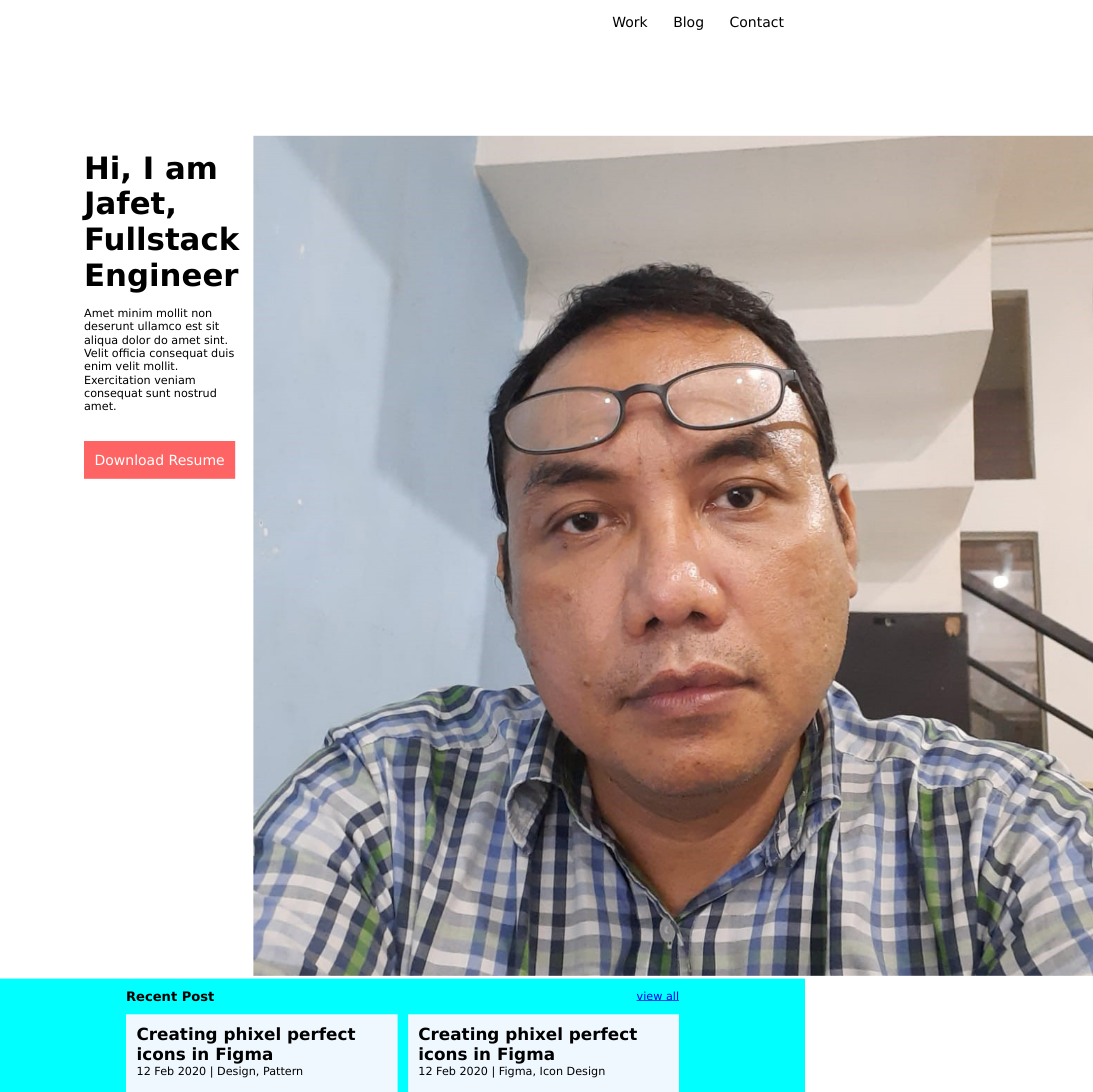
Repository: jafetdn73/portofolio
Page: index.html
An editor plug-in stored every save of this project. The page is shown before and after the next save, followed by the edit.
The browser window is 1280 px wide. The page is 1562 px wide, then 1522 px, then 1562 px, so the pictures cover 1562 px, including what lies to the right of the window. The pictures show the part of the page from y = 0 to 1560 px (the page is 2311 px tall before and 2418 px after), at 70% of full size.

Above is the page before, as saved 2022-02-23 10:28:54.

### index.html
<!DOCTYPE html>
<html lang="en">
<head>
    <meta charset="UTF-8">
    <meta http-equiv="X-UA-Compatible" content="IE=edge">
    <meta name="viewport" content="width=device-width, initial-scale=1.0">
    <link rel="stylesheet" href="figma.css">
    <title>Belajar HTML CSS</title>
</head>
<body>
    <div class="container">
        <!-- Start Menu Bar -->
        <div class="menu-bar">
            <ul>
                <li>
                    Work
                </li>
                <li>
                    Blog
                </li>
                <li>
                    Contact
                </li>
            </ul>
        </div>
        <!-- Starr Hero -->
        <div class="hero">
            <div class="hero-text">
                <h1>Hi, I am Jafet,<br/>
                    Fullstack Engineer
                </h1>
                <p>
                    Amet minim mollit non deserunt ullamco est sit aliqua dolor do amet sint. Velit officia consequat duis enim velit mollit. Exercitation veniam consequat sunt nostrud amet.
                </p>
                <button>Download Resume</button>
            </div>
            <div class="hero-image">
                <img src="jafet.png"/>
            </div>
        </div>
        <!-- Start Post -->
        <div class="post">
            <div class="post-navi">
                <h3>Recent Post</h3>
                <a href="http://detik.com">view all</a>
            </div>
            <div class="post-content">
                <div class="post-content-detail">
                    <h2>Creating phixel perfect icons in Figma</h2>
                    <label>12 Feb 2020</label>
                    <label>|</label>
                    <label>Design, Pattern</label>
                    <p>
                        Amet minim mollit non deserunt ullamco est sit aliqua dolor do amet sint. Velit officia consequat duis enim velit mollit. Exercitation veniam consequat sunt nostrud amet.
                    </p>
                </div>
                <div class="post-content-detail">
                    <h2>Creating phixel perfect icons in Figma</h2>
                    <label>12 Feb 2020</label>
                    <label>|</label>
                    <label>Figma, Icon Design</label>
                    <p>
                        Amet minim mollit non deserunt ullamco est sit aliqua dolor do amet sint. Velit officia consequat duis enim velit mollit. Exercitation veniam consequat sunt nostrud amet.
                    </p>
                </div>
            </div>
        </div>
        <!-- Start Featured -->
        <div class="featured">
            <h3>Featured Works</h3>
            <div class="featured-detail">
                <div class="featured-image">
                    <img src="Rectangle 30.png"/>
                </div>
                <div class="featured-text">
                    <h2>Designing Dashboards</h2>
                    <label>2020</label>
                    <label>Dashbord</label>
                    <p>
                        Amet minim mollit non deserunt ullamco est sit aliqua dolor do amet sint. Velit officia consequat duis enim velit mollit. Exercitation veniam consequat sunt nostrud amet
                    </p>
                </div>
            </div>
            <div class="featured-detail">
                <div class="featured-image">
                    <img src="Rectangle 32.png"/>
                </div>
                <div class="featured-text">
                    <h2>Designing Dashboards</h2>
                    <label>2020</label>
                    <label>Dashbord</label>
                    <p>
                        Amet minim mollit non deserunt ullamco est sit aliqua dolor do amet sint. Velit officia consequat duis enim velit mollit. Exercitation veniam consequat sunt nostrud amet
                    </p>
                </div>
            </div>
            <div class="featured-detail">
                <div class="featured-image">
                    <img src="Rectangle 34.png"/>
                </div>
                <div class="featured-text">
                    <h2>Designing Dashboards</h2>
                    <label>2020</label>
                    <label>Dashbord</label>
                    <p>
                        Amet minim mollit non deserunt ullamco est sit aliqua dolor do amet sint. Velit officia consequat duis enim velit mollit. Exercitation veniam consequat sunt nostrud amet
                    </p>
                </div>
            </div>
        </div>
    </div>
</body>
</html>

### figma.css
* {
    margin: 0;
    font-family:Verdana, Geneva, Tahoma, sans-serif;
}

.container {
    width: 1150px;
}

.menu-bar {
    display: flex;
    justify-content: flex-end;
    margin-top: 20px;
}

.menu-bar ul li {
    display: inline;
    margin-right: 30px;
    font-size: 20px;
}

/* Start Hero */
.hero {
    display: flex;
    justify-content: space-around;
    margin-top: 150px;
    padding: 0 100px;
}

.hero-text {
    width: 450px;
}

.hero-text h1 {
    font-size: 44px;
    font-weight: 400px;
}

.hero-text p {
    font-size: 16px;
}

.hero-text h1, p, button
{
    margin: 20px;
}

.hero-text button {
    background-color: #FF6464;
    border-style: none;
    padding: 15px;
    font-size: 20px;
    color: white;
}

/* Start Post */
.post {
    background-color:aqua;
    padding:15px 180px;
}

.post-navi {
    display :flex;
    justify-content:space-between ;
}

.post-content {
    display: flex;
    margin-top: 15px;
    gap:15px;
}

.post-content-detail {
    background-color: aliceblue;
    padding:15px;
}

/* Start Featured */
.featured {
    margin : 15px 180px;
    gap:15px;
}

.featured-detail {
    display:flex;
}

After the next save:
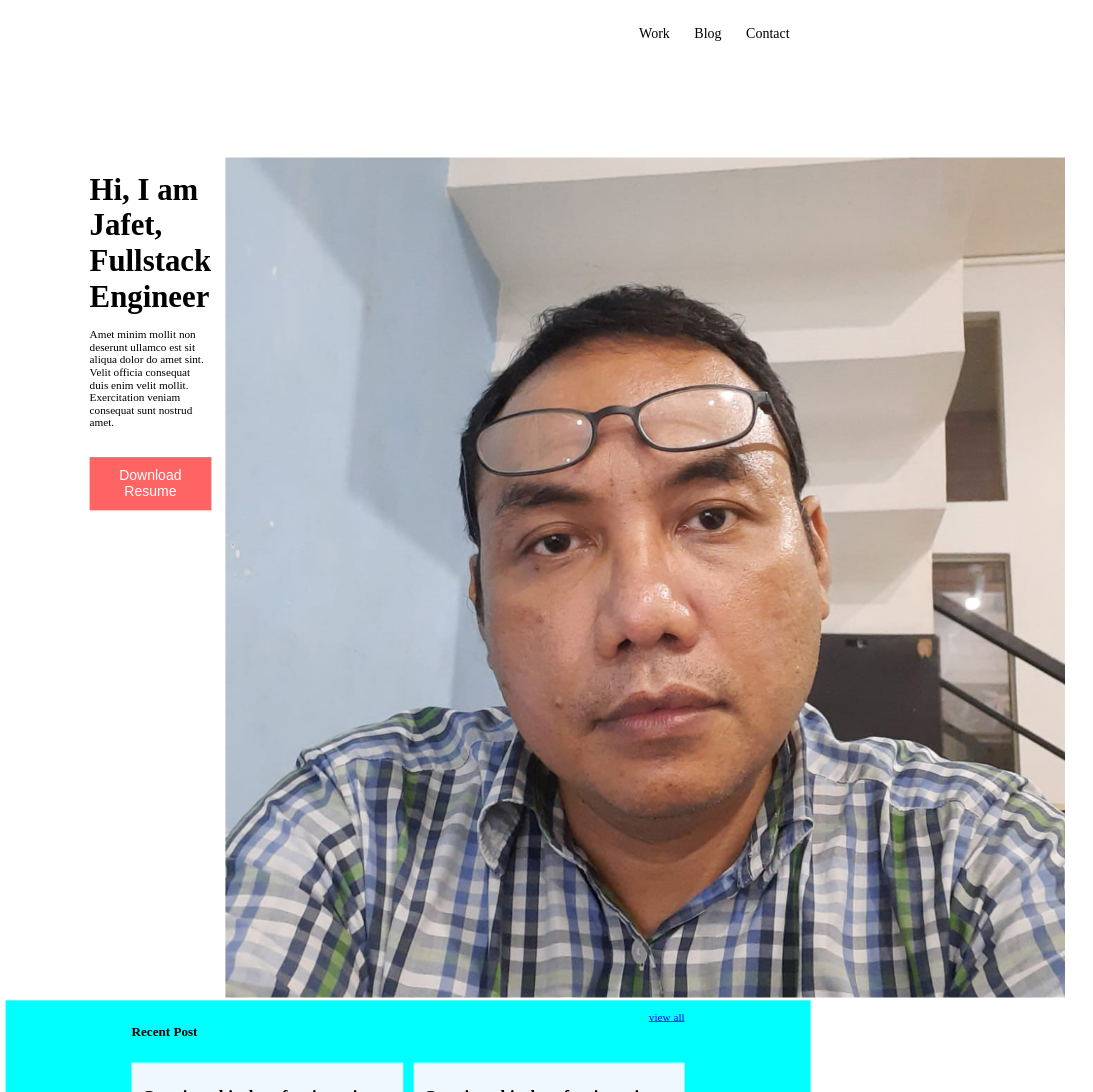
Saved 41 min 6 s later.
--- a/figma.css
+++ b/figma.css
@@ -1,7 +1,4 @@
-* {
-    margin: 0;
-    font-family:Verdana, Geneva, Tahoma, sans-serif;
-}
+
 
 .container {
     width: 1150px;

After the save that followed:
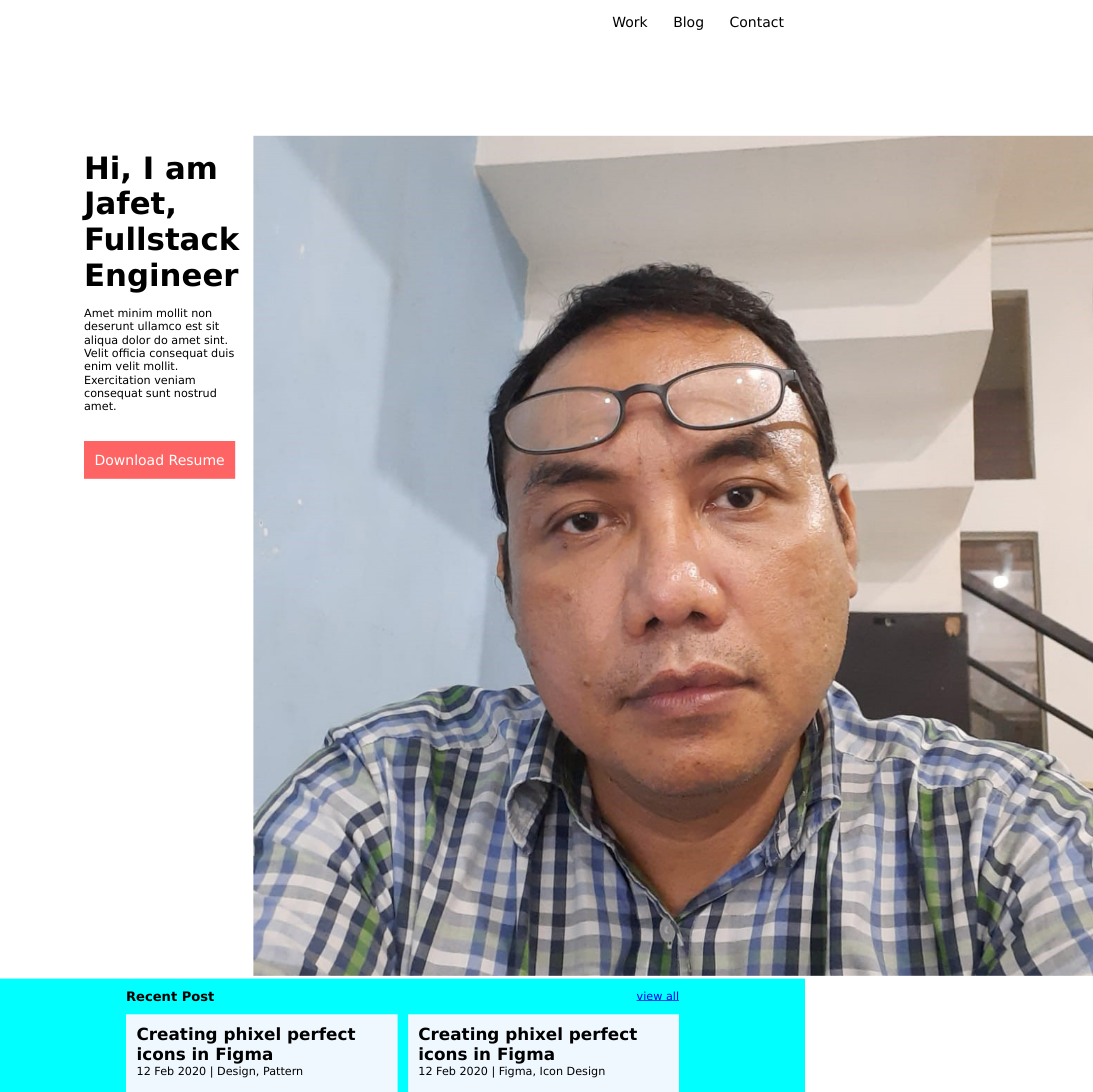
Saved 90 s later.
--- a/figma.css
+++ b/figma.css
@@ -1,4 +1,7 @@
-
+* {
+    margin: 0;
+    font-family:Verdana, Geneva, Tahoma, sans-serif;
+}
 
 .container {
     width: 1150px;
